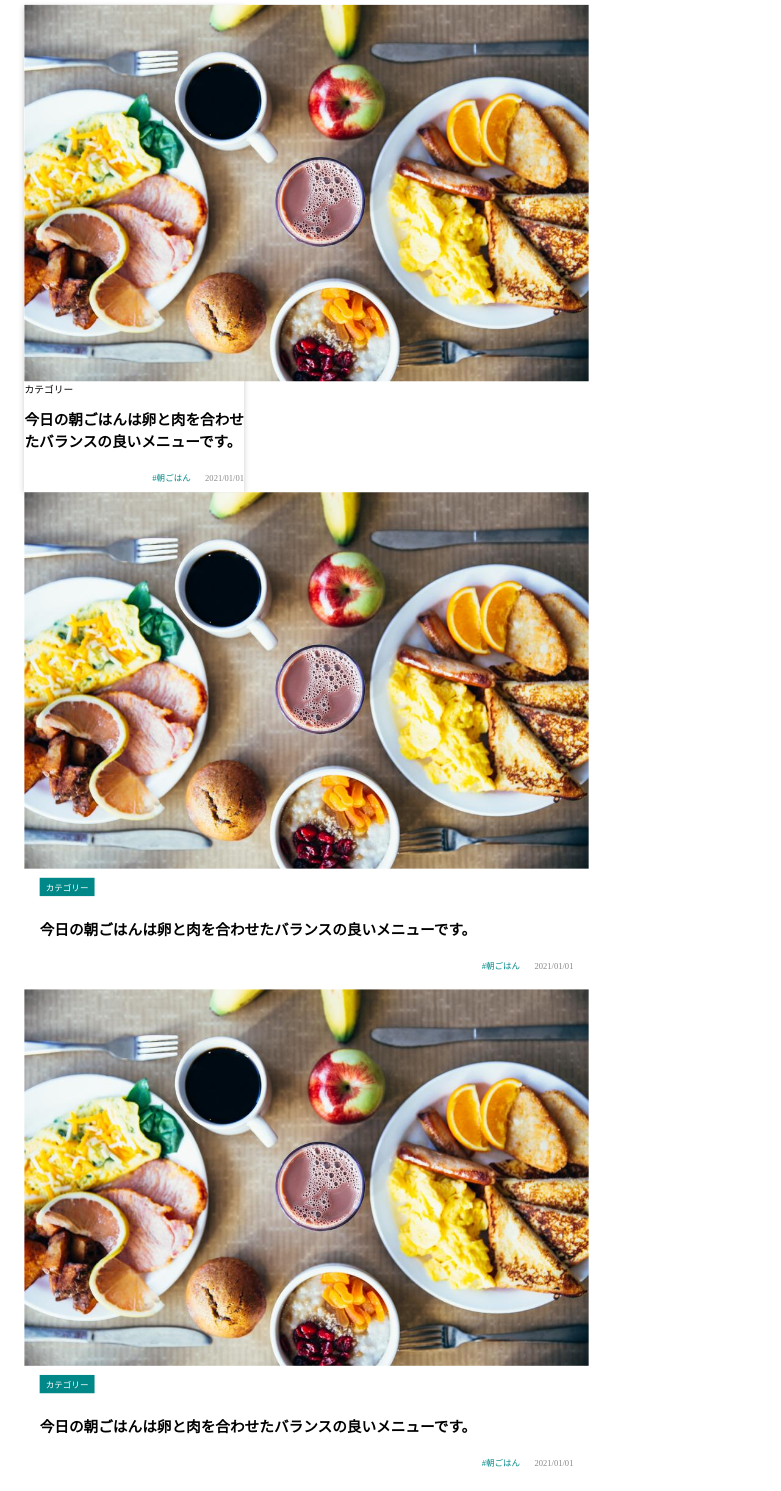
Repository: 9136424556/todo01
Page: coachtech/html-css/css2-3問.html
These files come from the project's save history. The page is drawn as it stood at one moment and after the next save; the edit follows.
The browser window is 1280 px wide. The pictures show the whole page, at 61% of full size.

Above is the page before, as saved 2023-12-04 01:25:00.

After the next save:
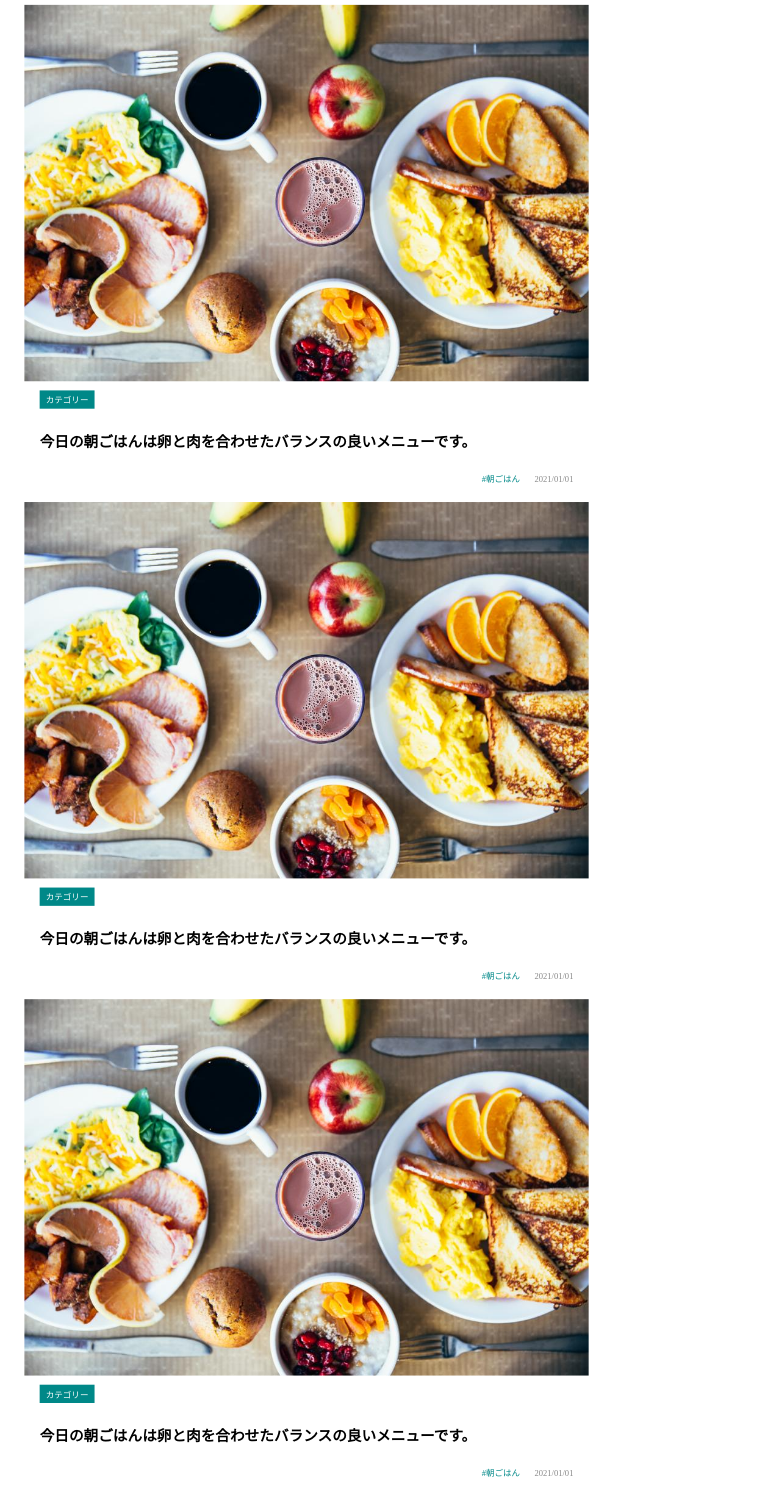
Saved 104 s later.
--- a/coachtech/html-css/css2-3問.html
+++ b/coachtech/html-css/css2-3問.html
@@ -1,48 +1,48 @@
 <link rel="stylesheet" href="css/css2-3問.css">
 <div class="flex__item wrap">
-    <div class="practice-card">
-        <div class="card__img">
-            <img src="img/card.jpg" alt="" />
+    <div class="practice__card">
+      <div class="card__img">
+        <img src="img/card.jpg" alt="" />
+      </div>
+      <div class="card__content">
+        <div class="card__cat">カテゴリー</div>
+        <h2 class="card__ttl">
+          今日の朝ごはんは卵と肉を合わせたバランスの良いメニューです。
+        </h2>
+        <div class="tag">
+          <p class="card__tag">#朝ごはん</p>
+          <p class="card__date">2021/01/01</p>
         </div>
-        <div class="card-content">
-          <div class="card-cat">カテゴリー</div>
-          <h2 class="card__ttl">
-             今日の朝ごはんは卵と肉を合わせたバランスの良いメニューです。
-         </h2>
-         <div class="tag">
-              <p class="card__tag">#朝ごはん</p>
-              <p class="card__date">2021/01/01</p>
+      </div>
+    </div>
+    <div class="practice__card">
+      <div class="card__img">
+        <img src="img/card.jpg" alt="" />
+      </div>
+      <div class="card__content">
+        <div class="card__cat">カテゴリー</div>
+        <h2 class="card__ttl">
+          今日の朝ごはんは卵と肉を合わせたバランスの良いメニューです。
+        </h2>
+        <div class="tag">
+          <p class="card__tag">#朝ごはん</p>
+          <p class="card__date">2021/01/01</p>
         </div>
+      </div>
     </div>
-</div>
-<div class="practice__card">
-    <div class="card__img">
-      <img src="img/card.jpg" alt="" />
-    </div>
-    <div class="card__content">
-      <div class="card__cat">カテゴリー</div>
-      <h2 class="card__ttl">
-        今日の朝ごはんは卵と肉を合わせたバランスの良いメニューです。
-      </h2>
-      <div class="tag">
-        <p class="card__tag">#朝ごはん</p>
-        <p class="card__date">2021/01/01</p>
+    <div class="practice__card">
+      <div class="card__img">
+        <img src="img/card.jpg" alt="" />
+      </div>
+      <div class="card__content">
+        <div class="card__cat">カテゴリー</div>
+        <h2 class="card__ttl">
+          今日の朝ごはんは卵と肉を合わせたバランスの良いメニューです。
+        </h2>
+        <div class="tag">
+          <p class="card__tag">#朝ごはん</p>
+          <p class="card__date">2021/01/01</p>
+        </div>
       </div>
     </div>
   </div>
-  <div class="practice__card">
-    <div class="card__img">
-      <img src="img/card.jpg" alt="" />
-    </div>
-    <div class="card__content">
-      <div class="card__cat">カテゴリー</div>
-      <h2 class="card__ttl">
-        今日の朝ごはんは卵と肉を合わせたバランスの良いメニューです。
-      </h2>
-      <div class="tag">
-        <p class="card__tag">#朝ごはん</p>
-        <p class="card__date">2021/01/01</p>
-      </div>
-    </div>
-  </div>
-</div>
